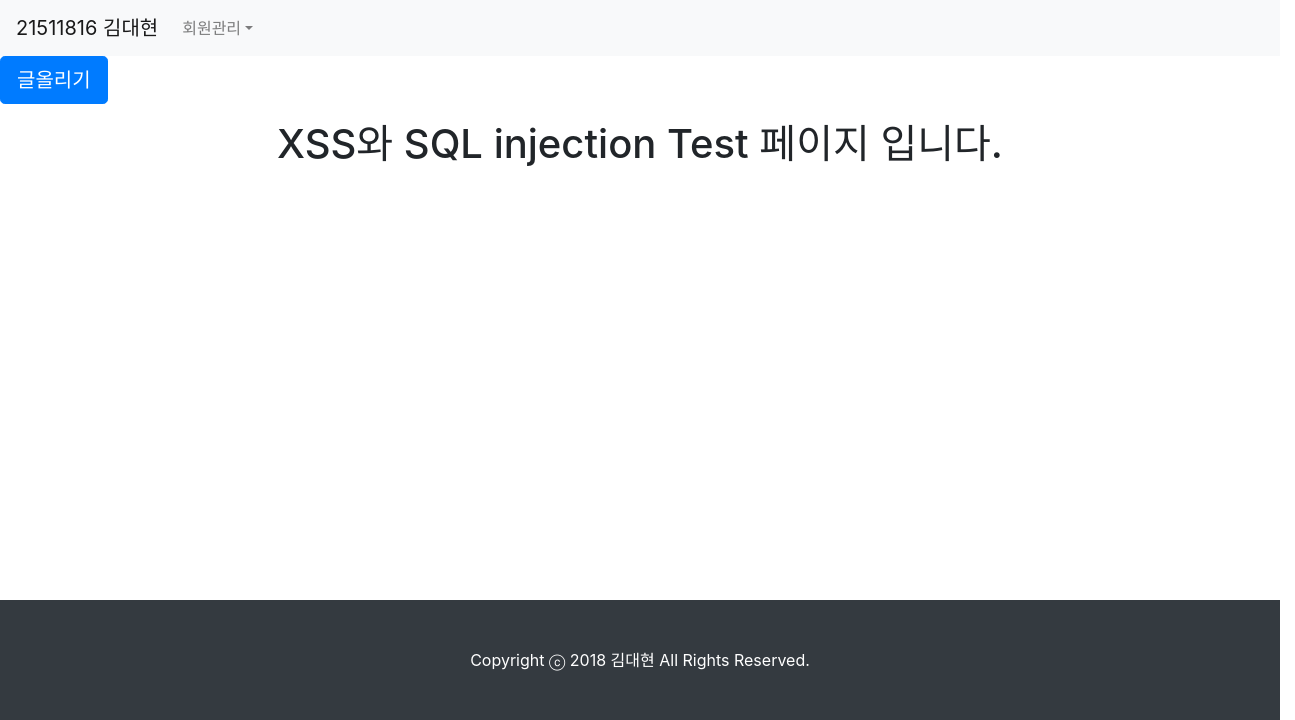
Repository: zereight/XSS-attack-SQL-Injection
Page: http://localhost/jsp_SQL_injection_victim/
An editor plug-in stored every save of this project. The page is shown before and after a run of saves, followed by the edit.
The browser window is 1280 px wide. The page is 1280 px wide, then 1295 px, so the pictures cover 1295 px, including what lies to the right of the window. The pictures show the whole page.
The page is served by Tomcat 9. Other server files are loaded and not shown. Queries for data that is not in the repository find no rows.

Above is the page before, as saved 2019-03-26 15:16:11.

### jsp_SQL_injection_victim/WebContent/index.jsp
<%@page import="posts.PostsDAO"%>
<%@page import="posts.PostsDTO"%>
<%@page import="java.util.ArrayList"%>
<%@ page language="java" contentType="text/html; charset=UTF-8"
    pageEncoding="UTF-8"%>
<!doctype html>
<html lang="en">
  <head>
    <!-- Required meta tags -->
    <meta charset="utf-8">
    <meta name="viewport" content="width=device-width, initial-scale=1, shrink-to-fit=no">

    <!-- Bootstrap CSS -->
    <link rel="stylesheet" href="https://stackpath.bootstrapcdn.com/bootstrap/4.3.1/css/bootstrap.min.css" integrity="sha384-ggOyR0iXCbMQv3Xipma34MD+dH/1fQ784/j6cY/iJTQUOhcWr7x9JvoRxT2MZw1T" crossorigin="anonymous">

    <title>XSS와 SQL injection Test</title>
  </head>
  <body>

<%
	request.setCharacterEncoding("UTF-8");
	if( session.getAttribute("userId") != null ){

	}
%>

    <nav class="navbar navbar-expand-lg navbar-light bg-light">
        <a class="navbar-brand" href="./index.jsp">21511816 김대현</a>
        <button class="navbar-toggler hidden-lg-up" type="button" data-toggle="collapse" data-target="#collapsibleNavId" aria-controls="collapsibleNavId"
            aria-expanded="false" aria-label="Toggle navigation"></button>
        <div class="collapse navbar-collapse" id="collapsibleNavId">
          <ul class="navbar-nav mr-auto mt-2 mt-lg-0">
            <li class="nav-item dropdown">
              <a class="nav-link dropdown-toggle" href="#" id="dropdownId" data-toggle="dropdown" aria-haspopup="true" aria-expanded="false">회원관리</a>
              <div class="dropdown-menu" aria-labelledby="dropdownId">
                <a class="dropdown-item" href="./userLogin.jsp">Login</a>
                <a class="dropdown-item" href="./userRegister.jsp">Register</a>
                <a class="dropdown-item" href="./logout.jsp">Logout</a>
              </div>
            </li>
          </ul>

        </div>
      </nav>

	<!-- Button trigger modal -->
      <button type="button" class="btn btn-primary btn-lg" data-toggle="modal" data-target="#registerPosts">
        	글올리기
      </button>

      <!-- Modal -->
      <div class="modal fade" id="registerPosts" tabindex="-1" role="dialog" aria-labelledby="modelTitleId" aria-hidden="true">
        <div class="modal-dialog" role="document">
          <div class="modal-content">
              <div class="modal-header">
                  <h5 class="modal-title">글올리기</h5>
                    <button type="button" class="close" data-dismiss="modal" aria-label="Close">
                      <span aria-hidden="true">&times;</span>
                    </button>
                </div>
	                <form method="post" action="./registerPostsAction.jsp">
	                  <div class="modal-body">
	                    <div class="form-group">
	                      <label>제목</label>
	                      <input type="text" class="form-control" name="postsTitle" id="" aria-describedby="helpId" placeholder="제목을 입력하세요.">
	                    </div>
	                    <div class="form-group">
	                      <label>내용</label>
	                      <textarea class="form-control" name="postsContent" id="" aria-describedby="helpId" placeholder="내용을 입력하세요." style="height: 200px;"></textarea>
	                    </div>
	                  </div>
	                  <div class="modal-footer">
	                    <button type="button" class="btn btn-secondary" data-dismiss="modal">Close</button>
	                    <button type="submit" class="btn btn-primary">Save</button>
	                  </div>
	            	 </form>
          </div>
        </div>
      </div>

    <div class="container my-3">
        <h1 class="text-center">XSS와 SQL injection Test 페이지 입니다.</h1>

<%
	ArrayList<PostsDTO> postsList = new PostsDAO().getList();
	if(postsList != null){
		for(int i=0; i< postsList.size(); i++){


%>
        <div class="card my-3">
            <div class="card-header">
                <small>postNumber: </small><%= postsList.get(i).getPostsId() %>
            </div>
            <div class="card-body">
                <h5 class="card-title"><%= postsList.get(i).getPostsTitle() %></h5>
                <p class="card-text"><%= postsList.get(i).getPostsContent() %></p>
            </div>
            <div class="card-footer">
                <small>Author: </small><%= postsList.get(i).getUserId() %>
            </div>
        </div>
<%
		}
	}
%>
    </div>

    <footer class="bg-dark mt-4 p-5 text-center" style="color: white; position: absolute; bottom:0; width:100%;">

            Copyright ⓒ 2018 김대현 All Rights Reserved.

    </footer>

    <!-- Optional JavaScript -->
    <!-- jQuery first, then Popper.js, then Bootstrap JS -->
    <script src="https://code.jquery.com/jquery-3.3.1.slim.min.js" integrity="sha384-q8i/X+965DzO0rT7abK41JStQIAqVgRVzpbzo5smXKp4YfRvH+8abtTE1Pi6jizo" crossorigin="anonymous"></script>
    <script src="https://cdnjs.cloudflare.com/ajax/libs/popper.js/1.14.7/umd/popper.min.js" integrity="sha384-UO2eT0CpHqdSJQ6hJty5KVphtPhzWj9WO1clHTMGa3JDZwrnQq4sF86dIHNDz0W1" crossorigin="anonymous"></script>
    <script src="https://stackpath.bootstrapcdn.com/bootstrap/4.3.1/js/bootstrap.min.js" integrity="sha384-JjSmVgyd0p3pXB1rRibZUAYoIIy6OrQ6VrjIEaFf/nJGzIxFDsf4x0xIM+B07jRM" crossorigin="anonymous"></script>
  </body>
</html>

### jsp_SQL_injection_victim/src/posts/PostsDAO.java
package posts;

import java.sql.Connection;
import java.sql.ResultSet;
import java.sql.Statement;
import java.util.ArrayList;

import util.DatabaseUtil;


public class PostsDAO {

	public int registPosts(PostsDTO dto) {
		Connection conn = null;
		Statement stmt = null;

		try {

			conn = DatabaseUtil.getConnection();
			stmt = conn.createStatement();
			//return stmt.executeUpdate("INSERT INTO POSTS VALUES (0" +"'"+dto.getPostsTitle()+"'"+
			//		"'"+dto.getPostsContent()+"',"+"'"+dto.getUserId()+"')" );
			return stmt.executeUpdate("INSERT INTO POSTS VALUES(" +dto.getPostsId()+
					",'"+dto.getPostsTitle()+"'" + ","+ "'"+dto.getPostsContent()+"'"+
					","+ "'"+dto.getUserId()+"'"+")");

		}catch (Exception e) {
			e.printStackTrace();
		}finally {
			try {if( conn != null ) {conn.close();}	} catch (Exception e2) {e2.printStackTrace();}
			try {if( stmt != null ) {stmt.close();}	} catch (Exception e2) {e2.printStackTrace();}

		}

		return -1;
	}

	public ArrayList<PostsDTO> getList(){

		ArrayList<PostsDTO> postsList = null;

		Connection conn = null;
		Statement stmt = null;
		ResultSet res = null;

		try {
			postsList = new ArrayList<PostsDTO>();
			conn = DatabaseUtil.getConnection();
			stmt = conn.createStatement();

			res= stmt.executeQuery(
					"SELECT * FROM POSTS ORDER BY postsId DESC"
					);
			while(res.next()) {
				PostsDTO dto = new PostsDTO(res.getInt(1), res.getString(2),
						res.getString(3), res.getString(4));
				postsList.add(dto);
			}

			return postsList;

		}catch (Exception e) {
			e.printStackTrace();
		}finally {
			try {if( conn != null ) {conn.close();}	} catch (Exception e2) {e2.printStackTrace();}
			try {if( stmt != null ) {stmt.close();}	} catch (Exception e2) {e2.printStackTrace();}
			try {if( res != null ) {res.close();}	} catch (Exception e2) {e2.printStackTrace();}

		}

		return null;
	}

}

### jsp_SQL_injection_victim/src/util/DatabaseUtil.java
package util;

import java.sql.Connection;
import java.sql.DriverManager;

public class DatabaseUtil {

	public static Connection getConnection() {
		try {

			String dbUrl = "jdbc:mysql://localhost:3306/securityTest?characterEncoding=UTF-8&serverTimezone=UTC";
			String dbId = "root";
			String dbPw = "root";

			Class.forName("com.mysql.cj.jdbc.Driver");

			return DriverManager.getConnection(dbUrl,dbId,dbPw);

		} catch (Exception e) {
			e.printStackTrace();
		}

		return null;
	}

}

After the next 3 saves:
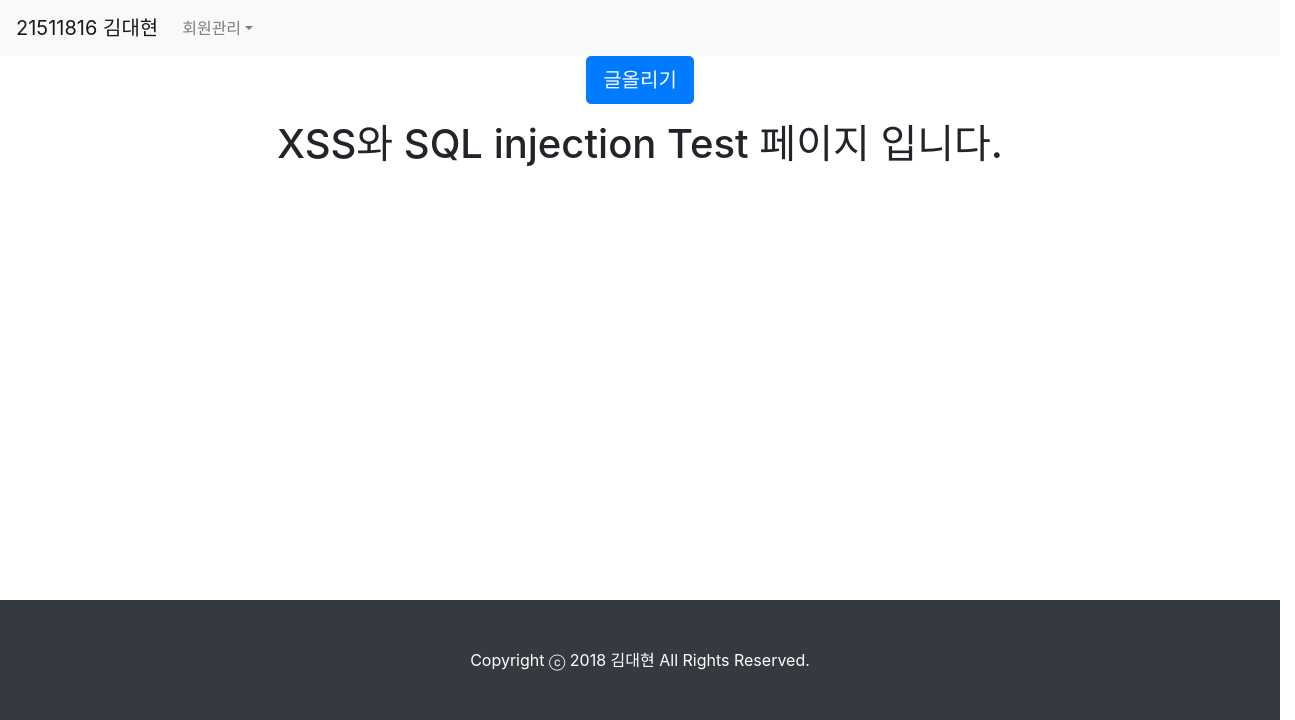
The 3 saves are shown as one change because they came seconds apart.
The last was saved 62 s later.
--- a/jsp_SQL_injection_victim/WebContent/index.jsp
+++ b/jsp_SQL_injection_victim/WebContent/index.jsp
@@ -44,10 +44,13 @@
       </nav>
 
 	<!-- Button trigger modal -->
-      <button type="button" class="btn btn-primary btn-lg" data-toggle="modal" data-target="#registerPosts">
-        	글올리기
-      </button>
-
+	 <div class="row ">
+		<div class="col-12 text-center">
+		      <button type="button" class="btn btn-primary btn-lg" data-toggle="modal" data-target="#registerPosts">
+		        	글올리기
+		      </button>
+	      </div>
+      </div>
       <!-- Modal -->
       <div class="modal fade" id="registerPosts" tabindex="-1" role="dialog" aria-labelledby="modelTitleId" aria-hidden="true">
         <div class="modal-dialog" role="document">
